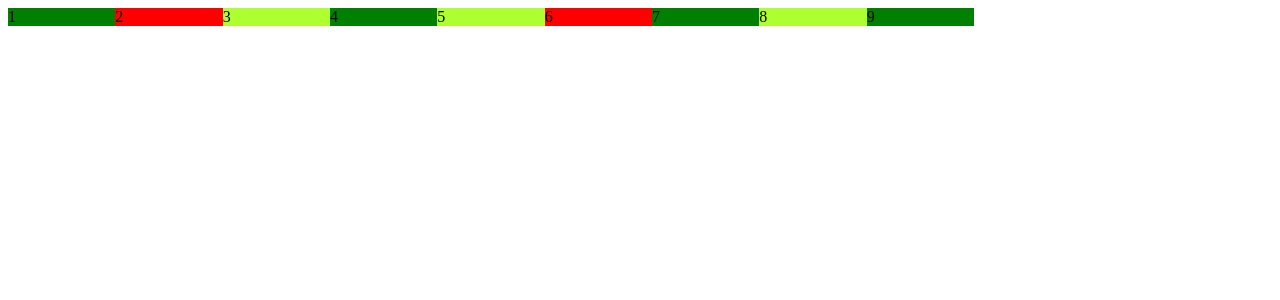
Repository: motiejus1/09-paskaita-05.31
Page: index.html
An editor plug-in stored every save of this project. The page is shown before and after a run of saves, followed by the edit.
The browser window is 1280 px wide. The pictures show the whole page.

Above is the page before, as saved 2021-06-15 18:49:24.

After the next 8 saves:
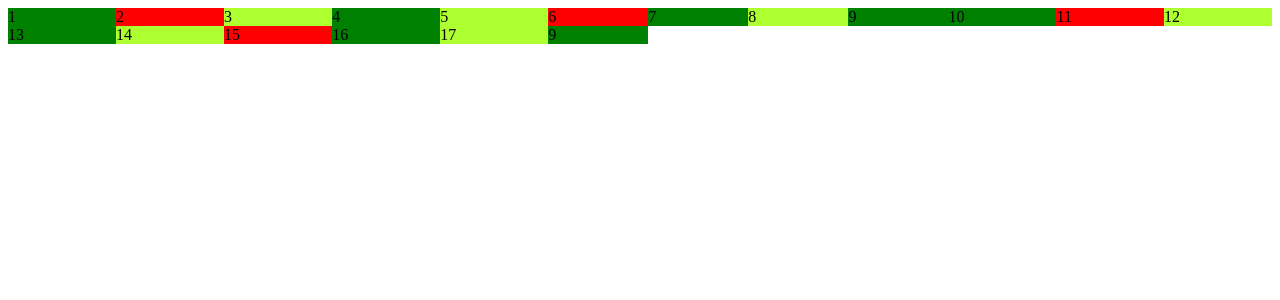
The 8 saves are shown as one change because they came seconds apart.
The last was saved 21 s later.
--- a/index.html
+++ b/index.html
@@ -35,6 +35,15 @@
         <div class="grid-item zalia">7</div>
         <div class="grid-item geltona">8</div>
         <div class="grid-item zalia">9</div>
+        <div class="grid-item zalia">10</div>
+        <div class="grid-item raudona">11</div>
+        <div class="grid-item geltona">12</div>
+        <div class="grid-item zalia">13</div>
+        <div class="grid-item geltona">14</div>
+        <div class="grid-item raudona">15</div>
+        <div class="grid-item zalia">16</div>
+        <div class="grid-item geltona">17</div>
+        <div class="grid-item zalia">9</div>
     </div>
 
 </body>
